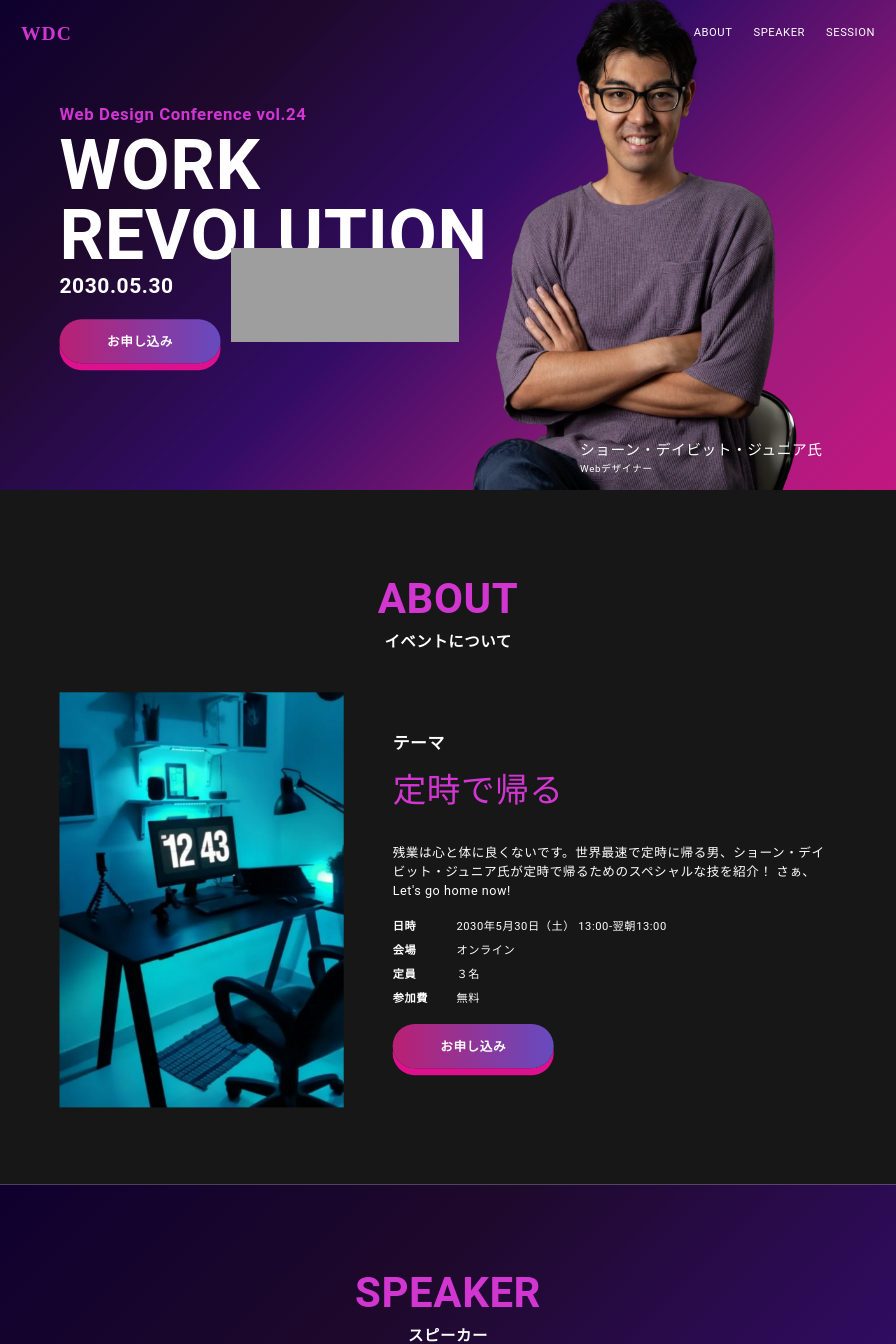
Repository: tetishi/wdc
Page: index.html
An editor plug-in stored every save of this project. The page is shown before and after a run of saves, followed by the edit.
The browser window is 1280 px wide. The pictures show the part of the page from y = 0 to 1920 px (the page is 6330 px tall), at 70% of full size.
Pictures or frames that could not be fetched are drawn as grey boxes. Some web libraries are served in a nearby version. The style sheet was rebuilt from its Sass, Less or Tailwind sources for each picture, by a compiler version that may differ from the author's.

Above is the page before, as saved 2023-06-28 13:00:16.

### index.html
<!DOCTYPE html>
<html lang="ja">
<head>
    <meta charset="UTF-8">
    <meta http-equiv="X-UA-Compatible" content="IE=edge">
    <meta name="viewport" content="width=device-width, initial-scale=1.0">
    <title>WDC</title>
    <link href="https://use.fontawesome.com/releases/v5.6.1/css/all.css" rel="stylesheet">
    <!-- <link rel="stylesheet" href="https://cdnjs.cloudflare.com/ajax/libs/font-awesome/4.7.0/css/font-awesome.min.css"> -->
    <link rel="icon" href="img/favicon.ico">
    <link rel="stylesheet" href="./css/reset.css">
    <link rel="stylesheet" href="./css/style.css">
</head>
<body>
    <header class="header">
        <div class="header-inner">
            <h2 class="nav-title">
                <a href="./index.html">
                    <img src="img/WDC.svg" alt="WDC">
                </a>
            </h2>
            <nav class="header-nav">
                <ul id="page-link" class="header-list">
                    <li class="header-item">
                        <a href="#about">ABOUT</a>
                    </li>
                    <li class="header-item">
                        <a href="#speaker">SPEAKER</a>
                    </li>
                    <li class="header-item">
                        <a href="#session">SESSION</a>
                    </li>
                </ul>
            </nav>
        </div>
    </header>

    <main>
        <!-- fv -->
        <div class="fv">
            <div class="section-inner fv-wrapper">
                    <!-- page-title-wrapper -->
                    <div class="page-title-wrapper">
                        <div class="page-title-upper">Web Design <br class="sp-br"> Conference vol.24</div>
                        <h2 class="page-title">
                            WORK<br>
                            REVOLUTION
                        </h2>
                        <div class="page-title-bottom">2030.05.30</div>
                        <div class="fv-btn">
                            <a href="#registor" class="link-btn">お申し込み</a>
                        </div>
                    </div>
                    <div class="ceo-wrraper">
                        <p class="ceo-name">ショーン・デイビット・ジュニア氏</p>
                        <p class="ceo-occupation">Webデザイナー</p>
                    </div>
            </div>
        </div>

        <!-- about -->
        <section id="about" class="about-section-wrapper">
            <div class="section-inner">
                <h2 class="section-title">ABOUT</h2>
                <p class="section-under-title">イベントについて</p>
                <div class="about-container">
                    <div class="about-left-conatiner">
                        <div class="about-img-box">
                            <picture>
                                <source srcset="img/about.webp" type="image/webp">
                                <img src="img/about.jpg" alt="デスクの上のモニターには時間が表示されている">
                            </picture>
                        </div>
                    </div>
                    <div class="about-right-container">
                        <p class="top-text">テーマ</p>
                        <h3 class="theme">定時で帰る</h3>
                        <p class="theme-content">残業は心と体に良くないです。世界最速で定時に帰る男、ショーン・デイビット・ジュニア氏が定時で帰るためのスペシャルな技を紹介！ さぁ、Let's go home now!</p>
                        <table class="about-table">
                            <tbody>
                                <tr>
                                    <th>日時</th>
                                    <td>2030年5月30日（土） 13:00-翌朝13:00</td>
                                </tr>
                                <tr>
                                    <th>会場</th>
                                    <td>オンライン</td>
                                </tr>
                                <tr>
                                    <th>定員</th>
                                    <td>３名</td>
                                </tr>
                                <tr>
                                    <th>参加費</th>
                                    <td>無料</td>
                                </tr>
                            </tbody>
                        </table>
                        <a href="#registor" class="link-btn">お申し込み</a>
                    </div>
                </div>
            </div>
        </section>

        <section id="speaker" class="speaker-section-wrapper">
            <div class="section-inner">
                <h2 class="section-title">SPEAKER</h2>
                <p class="section-under-title">スピーカー</p>
                <div class="ceo-container">
                    <div class="ceo-left">
                        <h3 class="speaker-name">Shawn David Jr</h3>
                        <p class="jp-name">ショーン・デイビット・ジュニア</p>
                        <div class="speaker-text">
                            <p>株式会社スタート代表取締役。Webデザイナー。<br>
                                定時になると仕事用の脳と身体機能が停止し自動的に帰路につく男。ショーン氏のその姿は人間と言うよりもさながらアンドロイドのようである。<br>
                                ショーン氏は著書『会社ではアンドロイドになれ』の中でこう語っている。<br>
                                「会社における仕事において、我々は自分を機械、そうアンドロイドと思い込むべきだ。定時になれば自動で仕事用の機能は停止されるのだ。決められた時間に、設定されたタスクのみを行う、それがアンドロイドの役目だろう？そして、それは会社で働く我々人間の権利でもある」<br>
                                アンドロイドのように働くべきと語るショーン氏の考え方はディストピア思想と揶揄されるが、本イベントでは氏の考え方をたっぷりと味わいたい。
                            </p>
                        </div>
                    </div>
                    <div class="ceo-right">
                        <picture>
                            <source srcset="img/sean.webp" type="image/webp">
                            <img src="img/sean.jpg" alt="株式会社スタート代表取締役のShawn David Jrの写真">
                        </picture>
                    </div>
                </div>
                <div class="mihoko-container">
                    <div class="mihoko-left">
                        <picture>
                            <source srcset="img/mihoko.webp" type="image/webp">
                            <img src="img/mihoko.jpg" alt="会社員兼プロテニスプレイヤーのMihoko Tennisの写真">
                        </picture>
                    </div>
                    <div class="mihoko-right">
                        <h3 class="speaker-name">Mihoko Tennis</h3>
                        <p class="jp-name">ミホコ・テニース</p>
                        <div class="speaker-text">
                            <p>会社員兼プロテニスプレイヤー。WTOランキング63,984位。<br>
                                会社員をしながらプロテニスプレイヤーとしても生計を立てているミホコ氏。平日は仕事で忙しい中、一体どのようにテニスの練習時間を捻出しているのか？会社にもテニスラケットを持ち込むというミホコ氏のワーキングスタイルに迫る。
                            </p>
                        </div>
                    </div>
                </div>
                <div class="jecica-container">
                    <div class="jecica-left">
                        <h3 class="speaker-name">Jecica Pannacotta </h3>
                        <p class="jp-name">ジェシカ・パンナコッタ</p>
                        <div class="speaker-text">
                            <p>フリーランスのエンジニア。<br>
                                「絶対に自宅でフルリモートで働く」という徹底したモットーに基づき、約7年間外出をしていない。インターネットを信仰しており、リアルやオフラインよりもオンラインを最重要視するライフスタイルを実践している。「外に出たら負け」が口グセのジェシカ氏の『超ネット仕事術』は必聴。
                            </p>
                        </div>
                    </div>
                    <div class="jecica-right">
                        <picture>
                            <source srcset="img/jecica.webp" type="image/webp">
                            <img src="img/jecica.jpg" alt="フリーランスのエンジニアJecica Pannacottaの写真">
                        </picture>
                    </div>
                </div>
            </div>
        </section>

        <section id="session" class="session-section-wrapper">
            <div class="section-inner">
                <h2 class="section-title">SESSION</h2>
                <p class="section-under-title">セッション</p>
                <div class="session-container">
                    <ul class="session-list">
                        <li class="session-item">
                            <div class="session-left">
                                <p class="session-item-time">13:00-14:00</p>
                            </div>
                            <div class="session-right">
                                <h3 class="session-item-title">ライトニングトーク：定時に帰る、それはアンドロイドになること</h3>
                                <p class="session-item-body">
                                    スピーカー：ショーン・デイビット・ジュニア<br>
                                    人間らしくあろうとすること、それが残業を生むのだ。さぁ！アンドロイドになるのだ！
                                </p>
                            </div>
                        </li>
                        <li class="session-item">
                            <div class="session-left">
                                <p class="session-item-time">14:00-18:00</p>
                            </div>
                            <div class="session-right">
                                <h3 class="session-item-title">ショーンのとっておきの定時に帰る方法</h3>
                                <p class="session-item-body">
                                    スピーカー：ショーン・デイビット・ジュニア<br>
                                    アンドロイド的定時に帰る方法を紹介。ワタシ、テイジデカエリマス。
                                </p>
                            </div>
                        </li>
                        <li class="session-item">
                            <div class="session-left">
                                <p class="session-item-time">18:00-24:00</p>
                            </div>
                            <div class="session-right">
                                <h3 class="session-item-title">公私混同仕事術</h3>
                                <p class="session-item-body">
                                    スピーカー：ミホコ・テニース<br>
                                    私は会社にもテニスラケットを持ち込む。そう、もういっそのこと仕事と趣味の境界線を消しましょう。
                                </p>
                            </div>
                        </li>
                        <li class="session-item">
                            <div class="session-left">
                                <p class="session-item-time">24:00-13:00</p>
                            </div>
                            <div class="session-right">
                                <h3 class="session-item-title">超ネット仕事術</h3>
                                <p class="session-item-body">
                                    スピーカー：ジェシカ・パンナコッタ<br>
                                    ７年間一度も外出せずに仕事をする方法を紹介。自宅大好きっ！
                                </p>
                            </div>
                        </li>
                    </ul>
                </div>
            </div>
        </section>

        <section id="registor" class="registor-section-wrapper">
            <div class="section-inner">
                <h2 class="section-title">REGISTOR</h2>
                <p class="section-under-title">お申し込み</p>
                <div class="registor-container">
                    <form action="" class="form">
                        <div class="form-item">
                            <div class="form-title first-point">
                                <label for="occupation">ご職業
                                    <span class="form-required">*必須</span>
                                </label>
                            </div>
                            <div class="checkbox-group">
                                <div class="checkbox-item">
                                    <input id="employee" type="checkbox" name="employee" value="employee" class="checkbox">
                                    <label for="employee">会社員</label>
                                </div>
                                <div class="checkbox-item">
                                    <input id="self-employed" type="checkbox" name="self-employed" value="self-employed" class="checkbox">
                                    <label for="self-employed">個人事業主</label>
                                </div>
                                <div class="checkbox-item">
                                    <input id="unemployed" type="checkbox" name="unemployed" value="unemployed" class="checkbox">
                                    <label for="unemployed">求職中</label>
                                </div>
                                <div class="checkbox-item">
                                    <input id="other" type="checkbox" name="other" value="other" class="checkbox">
                                    <label for="other">その他</label>
                                </div>
                            </div>
                        </div>
                        <div class="form-item">
                            <div class="form-title">
                                <label for="name">お名前
                                    <span class="form-required">*必須</span>
                                </label>
                            </div>
                            <input id="name" type="text" name="name" required class="form-input">
                        </div>
                        <div class="form-item">
                            <div class="form-title">
                                <label for="email">メールアドレス
                                    <span class="form-required">*必須</span>
                                </label>
                            </div>
                            <input id="email" type="email" name="email" required class="form-input">
                        </div>
                        <div class="form-item">
                            <div class="form-title">
                                <label for="tel">電話番号
                                    <span class="form-note">（半角数字ハイフンなし）</span>
                                </label>
                            </div>
                            <input id="tel" type="tel" name="tel" class="form-input">
                        </div>
                        <div class="form-item">
                            <div class="form-title">
                                <label for="comment">スピーカーに質問したいこと
                                    <span class="form-required">*必須</span>
                                </label>
                            </div>
                            <textarea name="comment" id="comment" cols="30" rows="10" placeholder="ご自由にお書きください"></textarea>
                        </div>
                        <div class="form-item">
                            <div class="form-title">
                                <label for="source">WDCをどちらでお知りになりましたか？
                                    <span class="form-required">*必須</span>
                                </label>
                            </div>
                            <select name="source" id="source">
                                <option value>選択してください</option>
                                <option value="Google/Yahoo検索">Google/Yahoo検索</option>
                                <option value="SNS">SNS</option>
                                <option value="ブログ">ブログ</option>
                                <option value="友人や知人">友人や知人</option>
                                <option value="その他">その他</option>
                            </select>
                        </div>
                        <div class="form-btn">
                            <button type="submit" class="btn">送信する</button>
                        </div>
                    </form>
                </div>
            </div>
        </section>

        <footer class="footer">
            <div class="footer-text">©2030 Web Design Conference</div>
        </footer>
        <a class="pagetop" href="#">
            <div class="pagetop-arrow">
                <i class="fas fa-angle-up"></i>
            </div>
        </a>
    </main>
    <script src="https://ajax.googleapis.com/ajax/libs/jquery/3.6.0/jquery.min.js"></script>
    <script src="js/script.js"></script>
</body>
</html>

### css/reset.css
/*
html5doctor.com Reset Stylesheet
v1.6.1
Last Updated: 2010-09-17
Author: Richard Clark - http://richclarkdesign.com
Twitter: @rich_clark
*/

* {
    box-sizing: border-box;
}

html,
body,
div,
span,
object,
iframe,
h1,
h2,
h3,
h4,
h5,
h6,
p,
blockquote,
pre,
abbr,
address,
cite,
code,
del,
dfn,
em,
img,
ins,
kbd,
q,
samp,
small,
strong,
sub,
sup,
var,
b,
i,
dl,
dt,
dd,
ol,
ul,
li,
fieldset,
form,
label,
legend,
table,
caption,
tbody,
tfoot,
thead,
tr,
th,
td,
article,
aside,
canvas,
details,
figcaption,
figure,
footer,
header,
hgroup,
menu,
nav,
section,
summary,
time,
mark,
ruby,
audio,
video {
    margin: 0;
    padding: 0;
    border: 0;
    outline: 0;
    font-size: 100%;
    vertical-align: baseline;
    background: transparent;
}

body {
    line-height: 1.5;
}

img {
    width: 100%;
    height: auto;
    object-fit: cover;
}

button {
    background-color: transparent;
    border: none;
    cursor: pointer;
    outline: none;
    padding: 0;
    appearance: none;
}

article,
aside,
details,
figcaption,
figure,
footer,
header,
hgroup,
menu,
nav,
section {
    display: block;
}

nav ul {
    list-style: none;
}

li {
    list-style: none;
}

a {
    margin: 0;
    padding: 0;
    font-size: 100%;
    vertical-align: baseline;
    background: transparent;
}

input,
select {
    vertical-align: middle;
}

/*end reset css*/

### js/script.js
//ページトップへ戻る
var $pageTop = $('.pagetop');
$(window).scroll(function () {
  if ($(this).scrollTop() > 300) {
    $pageTop.fadeIn();
  } else {
    $pageTop.fadeOut();
  }
});
$pageTop.on('click', function () {
  $('body,html').animate({
  scrollTop: 0
  }, 300);
  return false;
});

//ページ内の指定の場所にスクロール
$('#page-link a[href="#"]').click()

Loaded but not shown: css/style.scss (637 lines, source omitted)

After the next 2 saves:
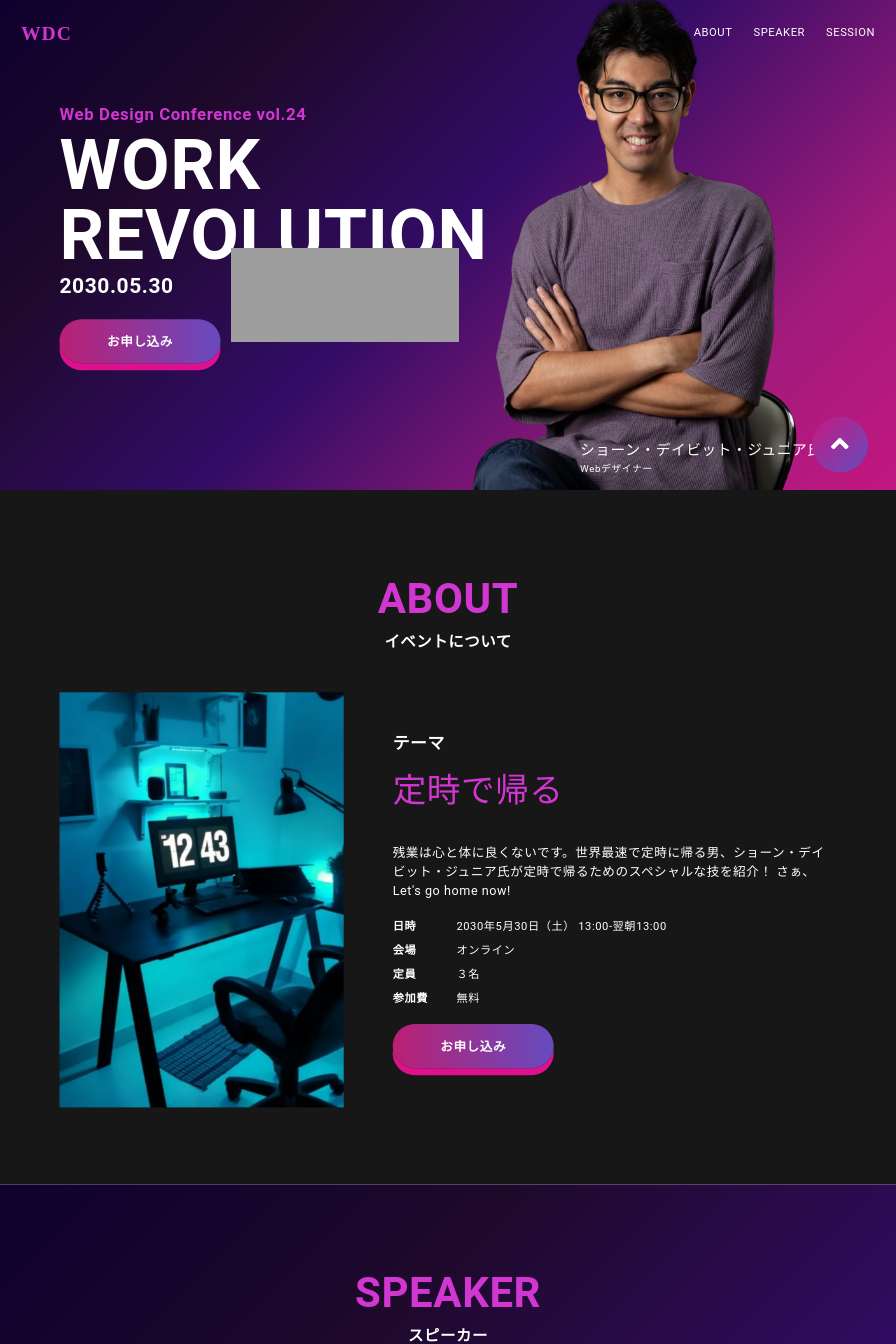
Console error: SyntaxError: Unexpected token ')'
The 2 saves are shown as one change because they came seconds apart.
The last was saved 6 s later.
--- a/js/script.js
+++ b/js/script.js
@@ -15,4 +15,4 @@
 });
 
 //ページ内の指定の場所にスクロール
-$('#page-link a[href="#"]').click()
+$('#page-link a[href="#"]').click(function)

After the 2 saves that followed:
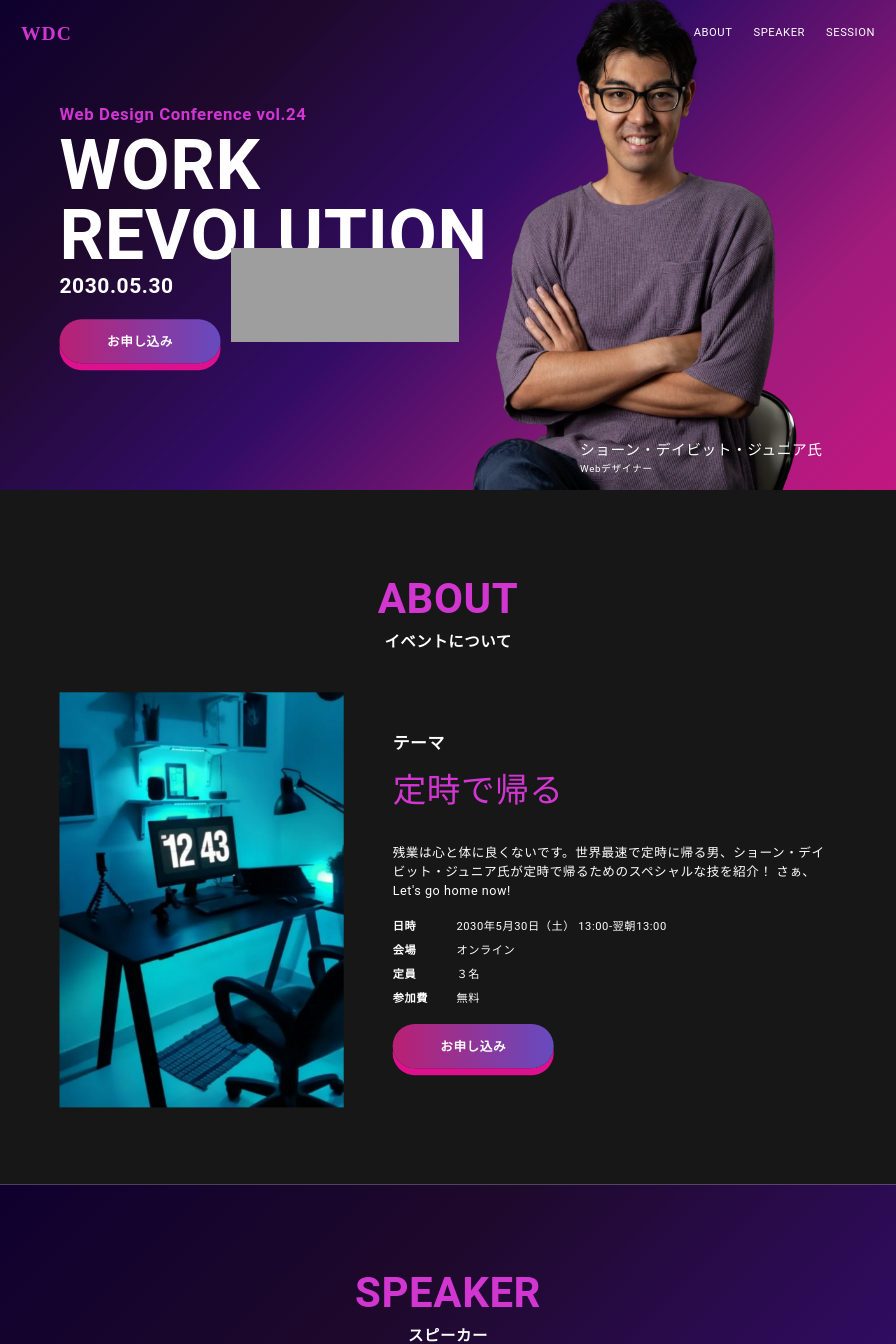
The error is gone.
The 2 saves are shown as one change because 1 left the picture as it was.
The last was saved 15 s later.
--- a/js/script.js
+++ b/js/script.js
@@ -15,4 +15,6 @@
 });
 
 //ページ内の指定の場所にスクロール
-$('#page-link a[href="#"]').click(function)
+$('#page-link a[href="#"]').click(function() {
+
+})
